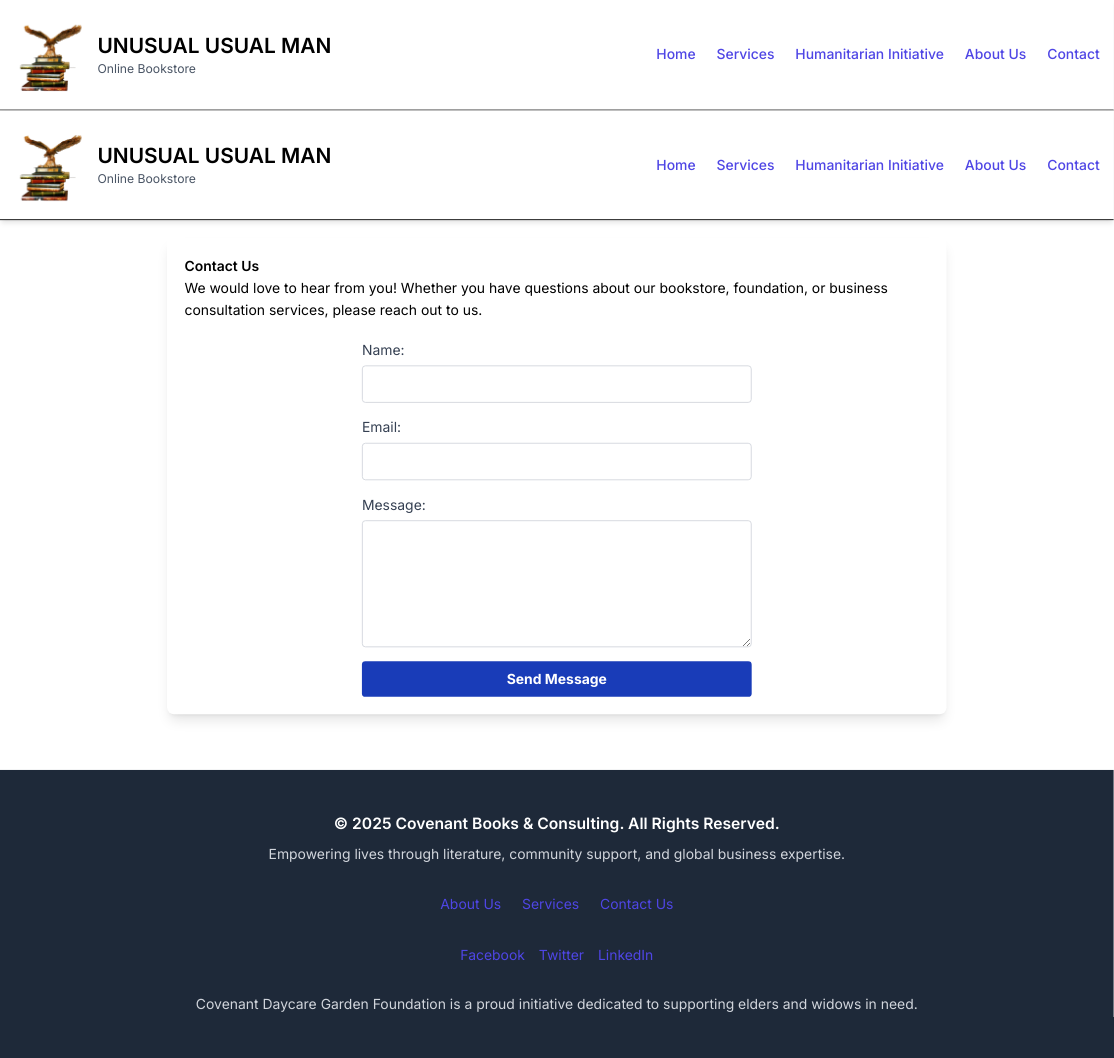
Repository: Rickyy1017/online-bookstore
Page: /contact (app in frontend/)
These files come from the project's save history. The page is drawn as it stood at one moment and after the next save; the edit follows.
The browser window is 1280 px wide. The pictures show the whole page, at 87% of full size.
The project was rebuilt for these pictures with package versions that can differ from the ones it lists, and the page was loaded fresh each time. The framework's server and built-in components were replaced by stand-ins that run in the browser. Also part of the build but not shown: frontend/next.config.ts.

Above is the page before, as saved 2025-10-17 13:44:40.

### frontend/app/layout.tsx
import type { Metadata } from "next";
import { Geist, Geist_Mono } from "next/font/google";
import "./globals.css";
import { Toaster } from "react-hot-toast";
import SiteHeader from "../components/SiteHeader";

const geistSans = Geist({
  variable: "--font-geist-sans",
  subsets: ["latin"],
});

const geistMono = Geist_Mono({
  variable: "--font-geist-mono",
  subsets: ["latin"],
});

export const metadata: Metadata = {
  title: "Create Next App",
  description: "Generated by create next app",
};

export default function RootLayout({
  children,
}: Readonly<{
  children: React.ReactNode;
}>) {
  return (
    <html lang="en" suppressHydrationWarning>
      <body
        className={`${geistSans.variable} ${geistMono.variable} antialiased`}
      >
        <SiteHeader />
        {children}
        <Toaster position="top-right" />
      </body>
    </html>
  );
}

### frontend/app/contact/page.tsx
"use client";

import Link from 'next/link';
import Image from 'next/image';
import { useState, useRef } from 'react';
import emailjs from '@emailjs/browser';

export default function Contact() {
  const [status, setStatus] = useState<'idle' | 'sending' | 'success' | 'error'>('idle');
  const formRef = useRef<HTMLFormElement | null>(null);

  const handleSubmit = async (e: React.FormEvent) => {
    e.preventDefault();
    if (!formRef.current) return;
    const serviceId = process.env.NEXT_PUBLIC_EMAILJS_SERVICE_ID;
    const templateId = process.env.NEXT_PUBLIC_EMAILJS_TEMPLATE_ID;
    const publicKey = process.env.NEXT_PUBLIC_EMAILJS_PUBLIC_KEY;

    if (!serviceId || !templateId || !publicKey) {
      console.error('EmailJS env vars not configured');
      setStatus('error');
      return;
    }

    setStatus('sending');
    try {
      const result = await emailjs.sendForm(serviceId, templateId, formRef.current, publicKey);
      console.log('EmailJS result', result);
      setStatus('success');
      formRef.current.reset();
    } catch (err) {
      console.error('EmailJS send error', err);
      setStatus('error');
    }
  };

  return (
    <>
      <header className="bg-white shadow-md border-b">
        <div className="container mx-auto px-4 py-4 flex justify-between items-center">
          <div className="flex items-center">
            <Image src="/images/logo.png" alt="Logo" width={80} height={100} className="mr-4" />
            <div>
              <h1 className="text-2xl font-bold text-gray-900">UNUSUAL USUAL MAN</h1>
              <p className="text-sm text-gray-600">Online Bookstore</p>
            </div>
          </div>
          <nav className="hidden md:flex space-x-6">
            <Link href="/" className="text-gray-700 font-medium hover:text-indigo-600 transition-colors">Home</Link>
            <Link href="/services" className="text-gray-700 font-medium hover:text-indigo-600 transition-colors">Services</Link>
            <Link href="/humanitarian-initiative" className="text-gray-700 font-medium hover:text-indigo-600 transition-colors">Humanitarian Initiative</Link>
            <Link href="/about" className="text-gray-700 font-medium hover:text-indigo-600 transition-colors">About Us</Link>
            <Link href="/contact" className="text-gray-700 font-medium hover:text-indigo-600 transition-colors">Contact</Link>
          </nav>
        </div>
      </header>
      <div className="max-w-4xl mx-auto p-5 bg-white shadow-lg rounded-lg mt-5">
        <h1 className="text-blue-800">Contact Us</h1>
        <p className="mb-5">
          We would love to hear from you! Whether you have questions about our bookstore, foundation, or business consultation services, please reach out to us.
        </p>
        <form ref={formRef} onSubmit={handleSubmit} className="flex flex-col gap-4 max-w-md mx-auto">
          <label className="flex flex-col text-gray-700">
            Name:
            <input required type="text" name="from_name" className="border border-gray-300 rounded p-2 mt-1" />
          </label>
          <label className="flex flex-col text-gray-700">
            Email:
            <input required type="email" name="reply_to" className="border border-gray-300 rounded p-2 mt-1" />
          </label>
          <label className="flex flex-col text-gray-700">
            Message:
            <textarea required name="message" rows={5} className="border border-gray-300 rounded p-2 mt-1" />
          </label>
          <button disabled={status === 'sending'} type="submit" className="bg-blue-800 text-white p-2 rounded font-bold hover:bg-blue-900 disabled:opacity-60">
            {status === 'sending' ? 'Sending...' : 'Send Message'}
          </button>
          {status === 'success' && <p className="text-green-600">Message sent — thank you!</p>}
          {status === 'error' && <p className="text-red-600">Something went wrong. Please try again later.</p>}
        </form>
      </div>
      <footer className="bg-gray-800 text-white py-12 mt-16">
        <div className="container mx-auto px-4">
          <div className="text-center mb-8">
            <p className="text-lg font-semibold">© 2025 Covenant Books & Consulting. All Rights Reserved.</p>
            <p className="text-gray-300 mt-2">Empowering lives through literature, community support, and global business expertise.</p>
          </div>
          <nav className="flex justify-center mb-8 space-x-6">
            <Link href="/about" className="text-gray-200 hover:text-indigo-400 transition-colors">About Us</Link>
            <Link href="/services" className="text-gray-200 hover:text-indigo-400 transition-colors">Services</Link>
            <Link href="/contact" className="text-gray-200 hover:text-indigo-400 transition-colors">Contact Us</Link>
          </nav>
          <div className="flex justify-center mb-8 space-x-4">
            <a href="#" className="text-gray-300 hover:text-indigo-400 transition-colors">Facebook</a>
            <a href="#" className="text-gray-300 hover:text-indigo-400 transition-colors">Twitter</a>
            <a href="#" className="text-gray-300 hover:text-indigo-400 transition-colors">LinkedIn</a>
          </div>
          <p className="text-center text-gray-300">Covenant Daycare Garden Foundation is a proud initiative dedicated to supporting elders and widows in need.</p>
        </div>
      </footer>
    </>
  );
}

### frontend/app/globals.css
@import url('https://fonts.googleapis.com/css2?family=Inter:wght@300;400;500;600;700&display=swap');
@import "tailwindcss";

:root {
  --background: #ffffff;
  --foreground: #000000;
  --accent: #4f46e5;
  --accent-hover: #3730a3;
}

@theme inline {
  --color-background: var(--background);
  --color-foreground: var(--foreground);
  --font-sans: 'Inter', sans-serif;
  --font-mono: var(--font-geist-mono);
}

body {
  background: var(--background);
  color: var(--foreground);
  font-family: 'Inter', sans-serif;
  line-height: 1.6;
}

h1, h2, h3, h4, h5, h6 {
  font-weight: 600;
  color: var(--foreground);
}

a {
  color: var(--accent);
  transition: color 0.2s ease;
}

a:hover {
  color: var(--accent-hover);
}

button {
  transition: all 0.2s ease;
}

### frontend/components/SiteHeader.tsx
"use client";

import Link from 'next/link';
import Image from 'next/image';
import { useState } from 'react';

export default function SiteHeader() {
  const [mobileNavOpen, setMobileNavOpen] = useState(false);

  return (
    <header className="bg-white shadow-md border-b">
      <div className="container mx-auto px-4 py-4 flex justify-between items-center">
        <div className="flex items-center">
          <Image src="/images/logo.png" alt="Logo" width={80} height={100} className="mr-4" />
          <div className="hidden sm:block">
            <h1 className="text-2xl font-bold text-gray-900">UNUSUAL USUAL MAN</h1>
            <p className="text-sm text-gray-600">Online Bookstore</p>
          </div>
        </div>

        {/* Mobile menu button */}
        <div className="md:hidden">
          <button
            aria-label="Toggle navigation"
            onClick={() => setMobileNavOpen(!mobileNavOpen)}
            className="p-2 rounded-md text-gray-700 hover:bg-gray-100 focus:outline-none focus:ring-2 focus:ring-indigo-500"
          >
            <span className="text-2xl">{mobileNavOpen ? '✕' : '☰'}</span>
          </button>
        </div>

        <nav className="hidden md:flex space-x-6">
          <Link href="/" className="text-gray-700 font-medium hover:text-indigo-600 transition-colors">Home</Link>
          <Link href="/services" className="text-gray-700 font-medium hover:text-indigo-600 transition-colors">Services</Link>
          <Link href="/humanitarian-initiative" className="text-gray-700 font-medium hover:text-indigo-600 transition-colors">Humanitarian Initiative</Link>
          <Link href="/about" className="text-gray-700 font-medium hover:text-indigo-600 transition-colors">About Us</Link>
          <Link href="/contact" className="text-gray-700 font-medium hover:text-indigo-600 transition-colors">Contact</Link>
        </nav>
      </div>

      {/* Mobile navigation panel */}
      {mobileNavOpen && (
        <div className="md:hidden bg-white border-b shadow-sm">
          <div className="container mx-auto px-4 py-3 flex flex-col space-y-2">
            <Link href="/" onClick={() => setMobileNavOpen(false)} className="text-gray-700 font-medium hover:text-indigo-600">Home</Link>
            <Link href="/services" onClick={() => setMobileNavOpen(false)} className="text-gray-700 font-medium hover:text-indigo-600">Services</Link>
            <Link href="/humanitarian-initiative" onClick={() => setMobileNavOpen(false)} className="text-gray-700 font-medium hover:text-indigo-600">Humanitarian Initiative</Link>
            <Link href="/about" onClick={() => setMobileNavOpen(false)} className="text-gray-700 font-medium hover:text-indigo-600">About Us</Link>
            <Link href="/contact" onClick={() => setMobileNavOpen(false)} className="text-gray-700 font-medium hover:text-indigo-600">Contact</Link>
          </div>
        </div>
      )}
    </header>
  );
}

After the next save:
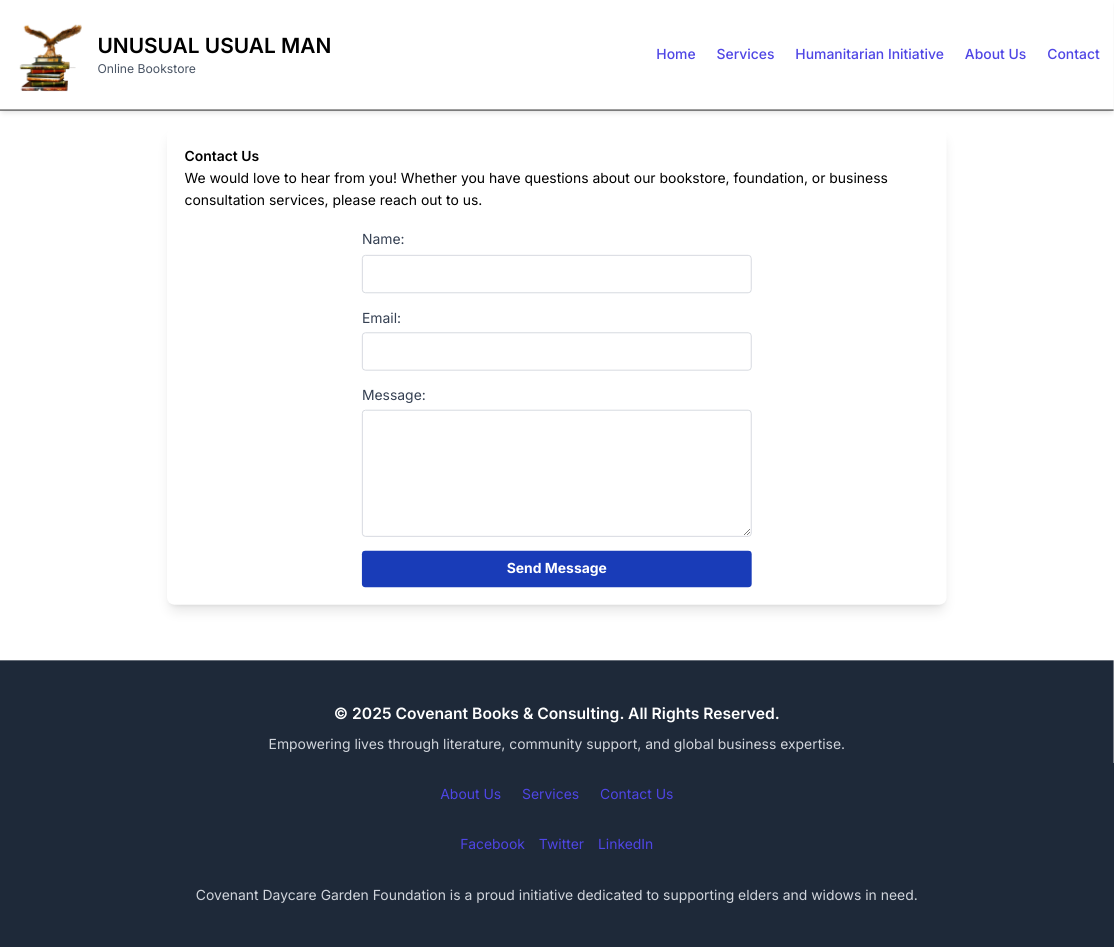
Saved 26 s later.
--- a/frontend/app/contact/page.tsx
+++ b/frontend/app/contact/page.tsx
@@ -36,24 +36,6 @@ export default function Contact() {
 
   return (
     <>
-      <header className="bg-white shadow-md border-b">
-        <div className="container mx-auto px-4 py-4 flex justify-between items-center">
-          <div className="flex items-center">
-            <Image src="/images/logo.png" alt="Logo" width={80} height={100} className="mr-4" />
-            <div>
-              <h1 className="text-2xl font-bold text-gray-900">UNUSUAL USUAL MAN</h1>
-              <p className="text-sm text-gray-600">Online Bookstore</p>
-            </div>
-          </div>
-          <nav className="hidden md:flex space-x-6">
-            <Link href="/" className="text-gray-700 font-medium hover:text-indigo-600 transition-colors">Home</Link>
-            <Link href="/services" className="text-gray-700 font-medium hover:text-indigo-600 transition-colors">Services</Link>
-            <Link href="/humanitarian-initiative" className="text-gray-700 font-medium hover:text-indigo-600 transition-colors">Humanitarian Initiative</Link>
-            <Link href="/about" className="text-gray-700 font-medium hover:text-indigo-600 transition-colors">About Us</Link>
-            <Link href="/contact" className="text-gray-700 font-medium hover:text-indigo-600 transition-colors">Contact</Link>
-          </nav>
-        </div>
-      </header>
       <div className="max-w-4xl mx-auto p-5 bg-white shadow-lg rounded-lg mt-5">
         <h1 className="text-blue-800">Contact Us</h1>
         <p className="mb-5">
